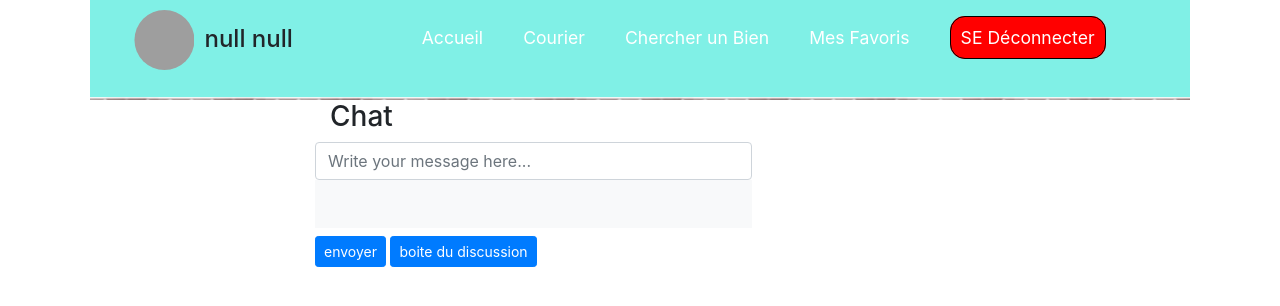
Repository: hassen-mnejja/Real_Estate_Agency_Website
Page: http://localhost/frontoffice/ControleurMessageServlet
These files come from the project's save history. The page is drawn as it stood at one moment and after the next save; the edit follows.
The browser window is 1280 px wide. The pictures show the whole page.
The page is served by Tomcat 9.

Above is the page before, as saved 2020-06-26 17:10:32.

After the next save:
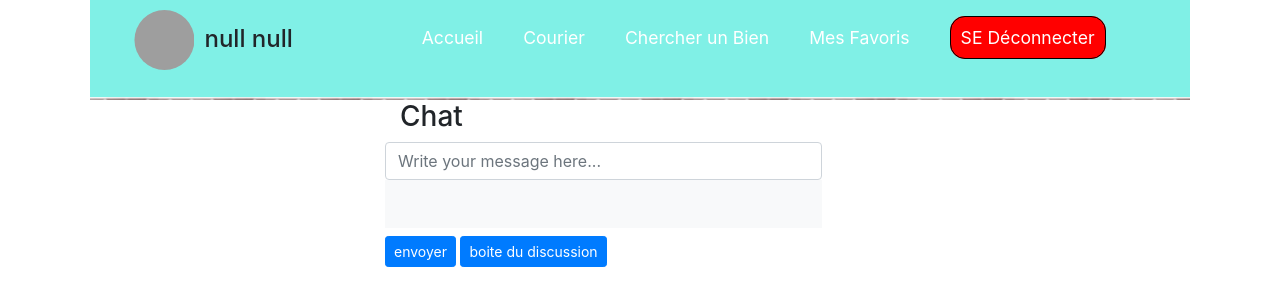
Saved 19 s later.
--- a/frontoffice/WebContent/WEB-INF/Mess.jsp
+++ b/frontoffice/WebContent/WEB-INF/Mess.jsp
@@ -40,7 +40,7 @@
                 </nav>
             </header>
 <div style="border-radius:10px blue groove;magin:30px auto; width:700px">
-<div class="container" style="position : relative; left : 30%">
+<div class="container" style="position : relative; left : 40%">
 
   <form action="ControleurMessageServlet" method="get">
 	   <div class="row">
